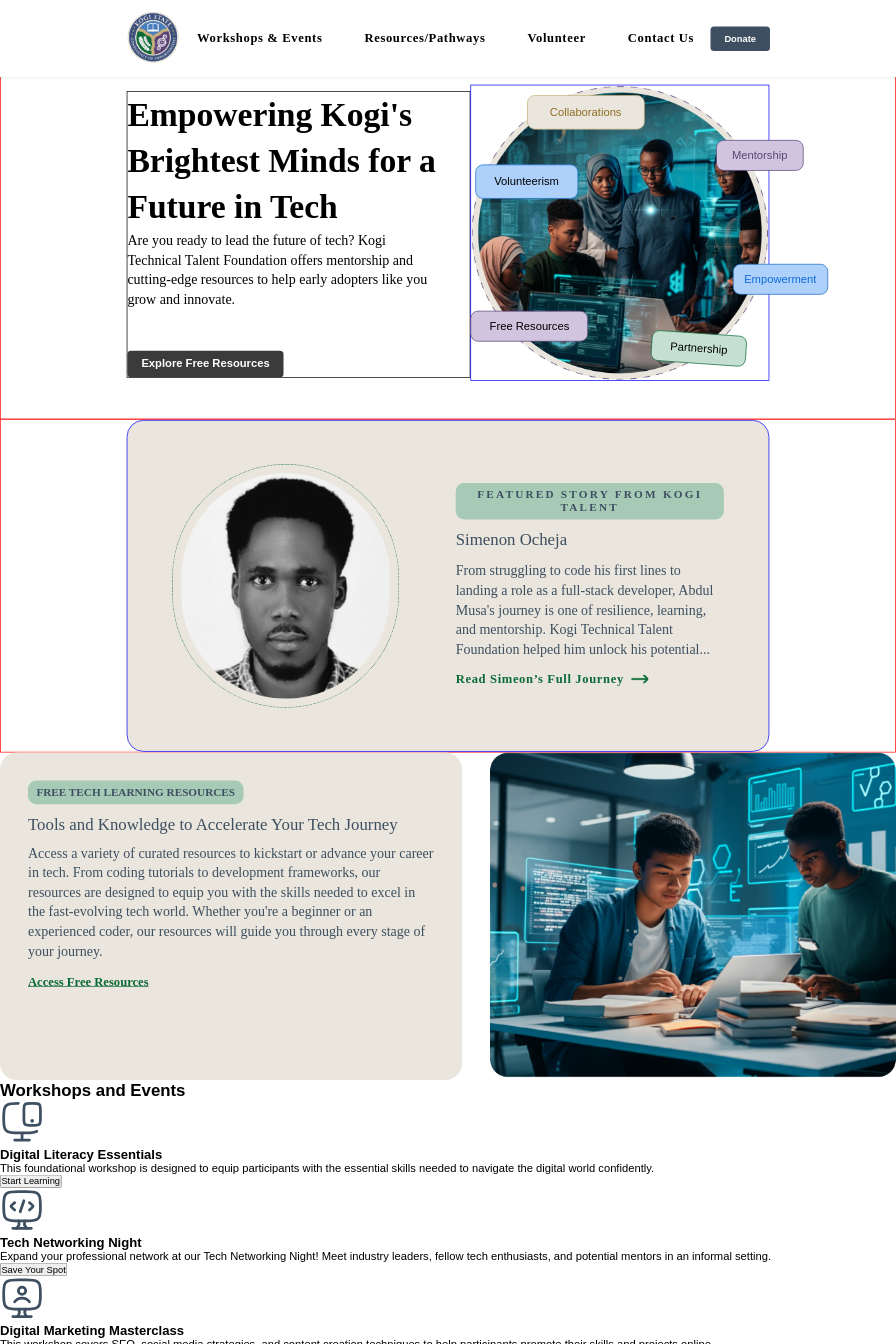
Repository: Cryptim/3MTT-Kogi-Foundation
Page: index.html
These files come from the project's save history. The page is drawn as it stood at one moment and after the next save; the edit follows.
The browser window is 1280 px wide. The pictures show the part of the page from y = 0 to 1920 px (the page is 5055 px tall), at 70% of full size.

Above is the page before, as saved 2024-11-15 01:56:09.

After the next save:
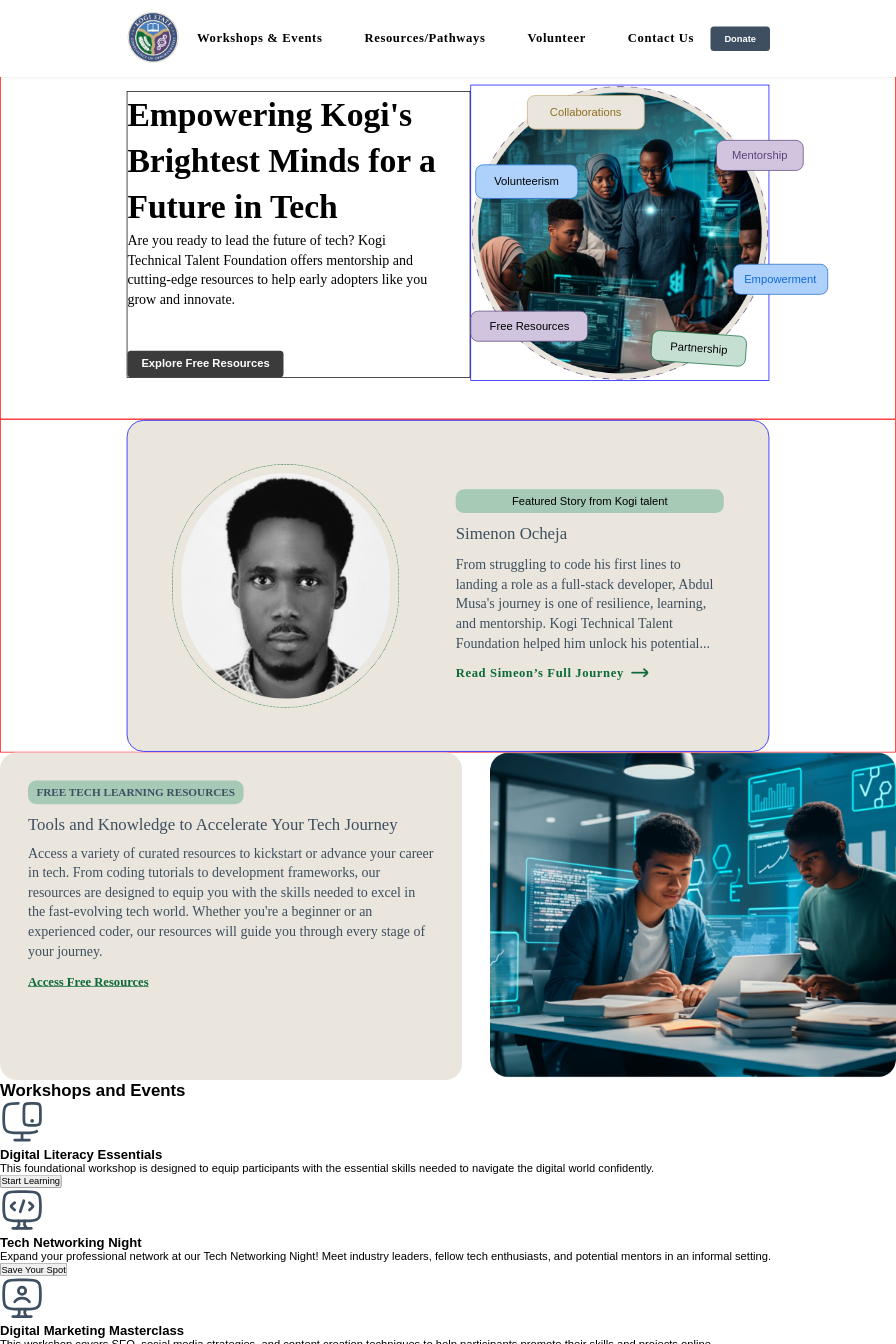
Saved 12 s later.
--- a/index.html
+++ b/index.html
@@ -66,12 +66,7 @@
           >
             <span class="featuredStoryText"
               style="
-                color: #3d4f60;
-                font-size: 16px;
-                font-family: Cascadia Code;
-                font-weight: 600;
-                text-transform: uppercase;
-                letter-spacing: 3.2px;
+
               "
               >Featured Story from Kogi talent</span
             >
